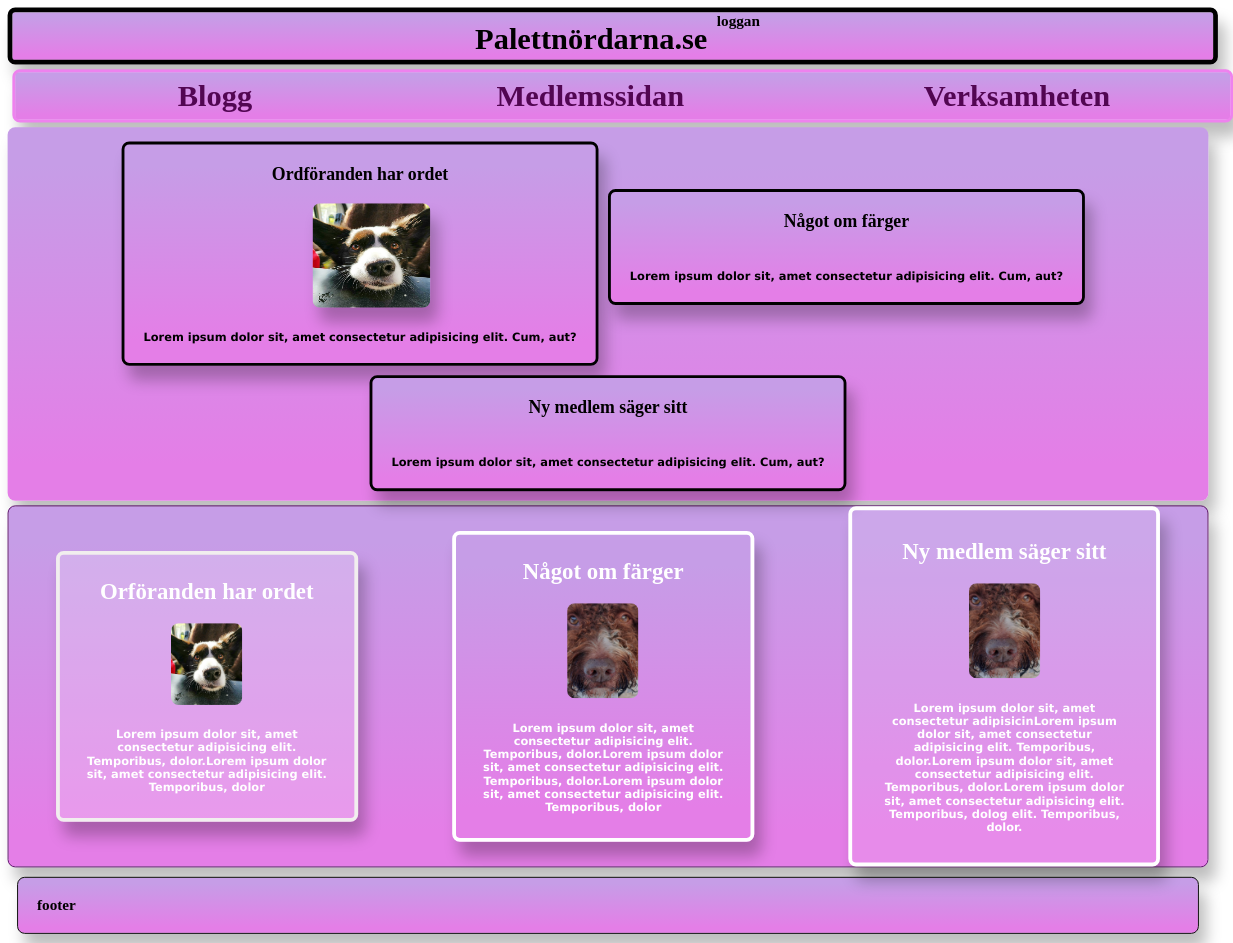
Repository: Webutveckling-20-21/lektion-3-CSS
Page: index.html
An editor plug-in stored every save of this project. The page is shown before and after the next save, followed by the edit.
The browser window is 1280 px wide. The page is 1298 px wide, then 1282 px, so the pictures cover 1298 px, including what lies to the right of the window. The pictures show the whole page, at 95% of full size.
Some web fonts or font styles are not loaded; a fallback is used.

Above is the page before, as saved 2021-10-02 20:02:20.

After the next save:
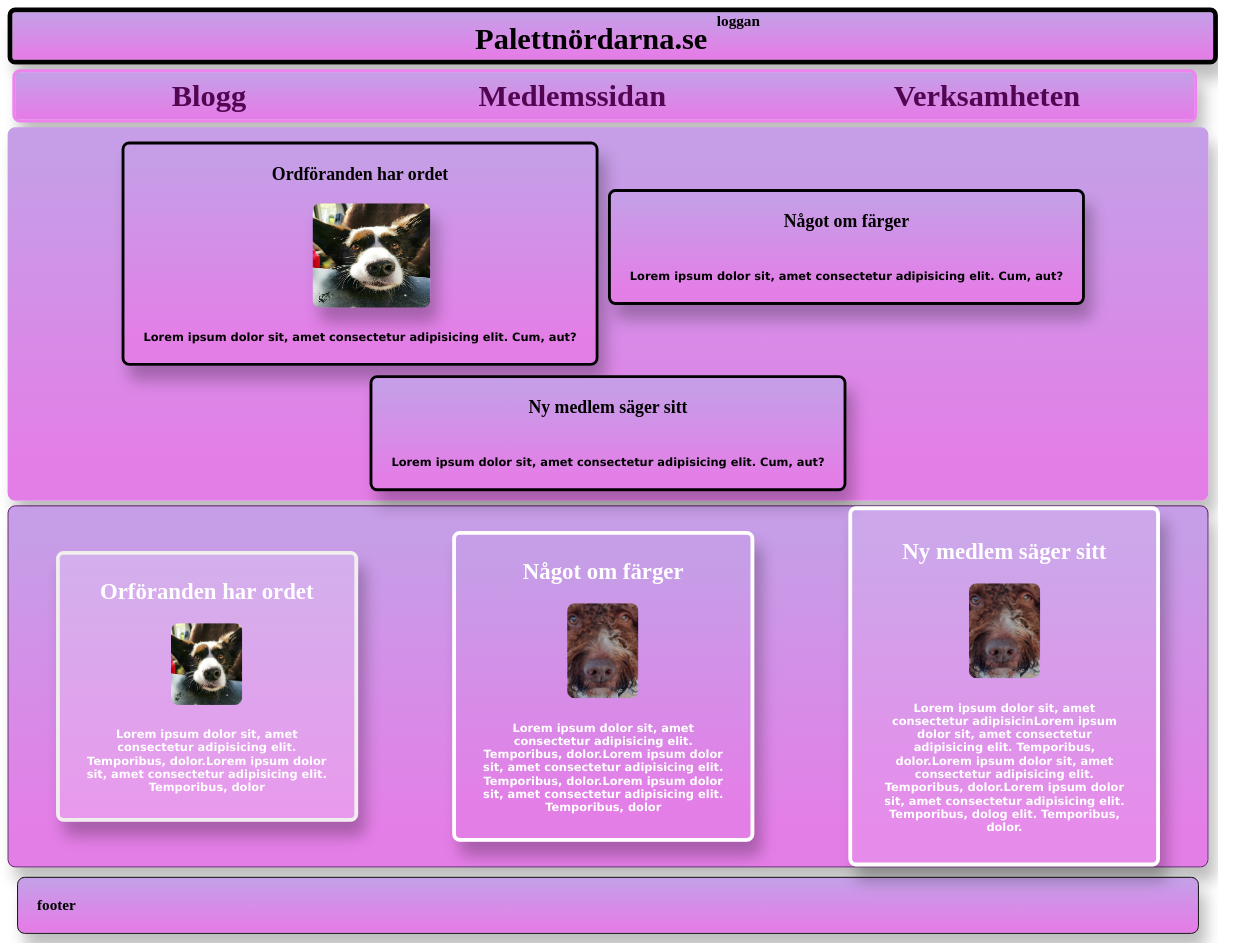
Saved 9 s later.
--- a/style.css
+++ b/style.css
@@ -19,7 +19,7 @@ body {
 }
 
 .navbar {
-    width: 98%;
+    width: 95%;
     height: 50px;
     display: flex;
     align-items: center;
